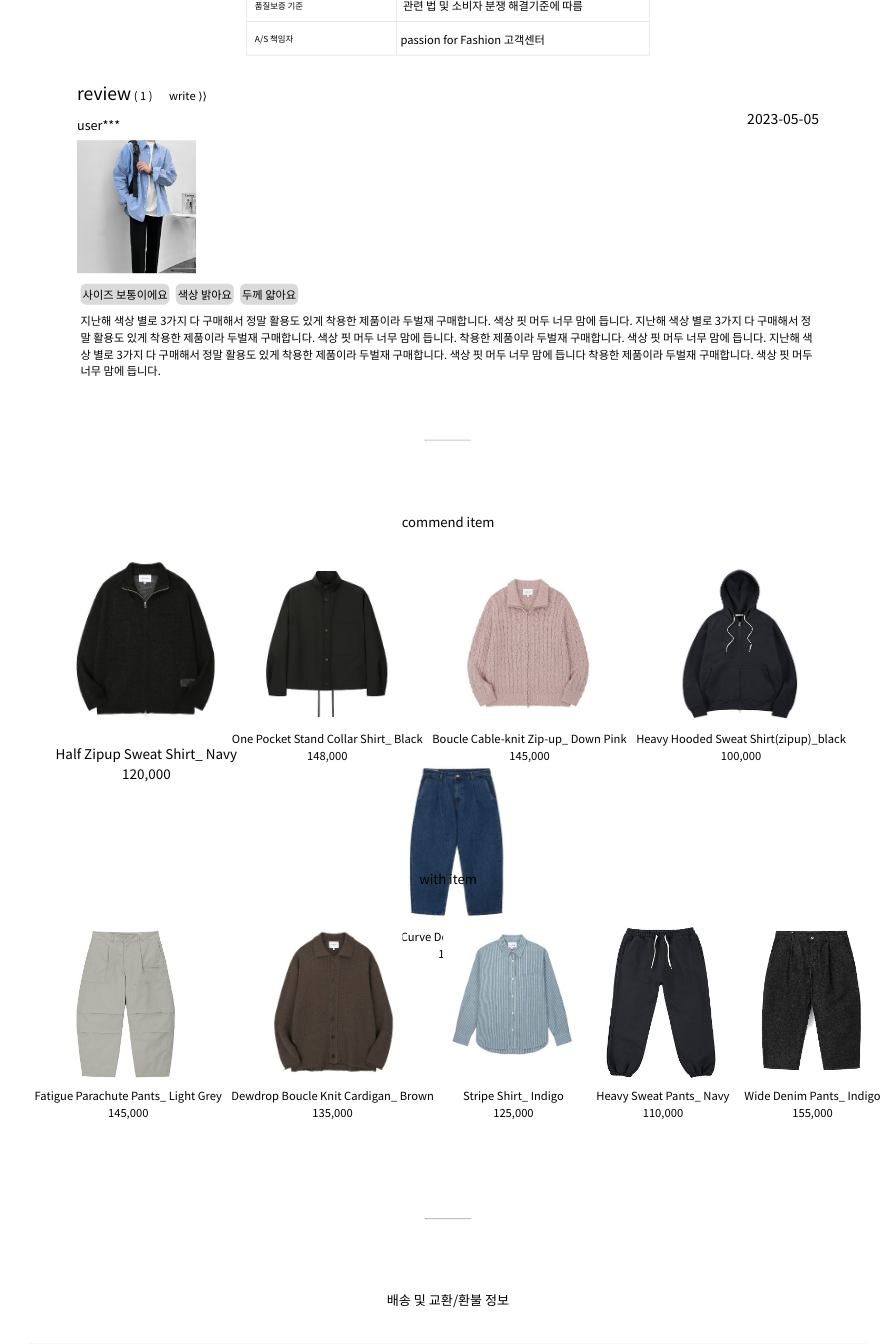
Repository: mcw9503/PassionForFashion
Page: Semi_Project/src/main/webapp/WEB-INF/Product_Information.html
The author's editor kept a copy of each file at every save. The page is drawn from the files as they stood at one save, then again after the next save.
The browser window is 1280 px wide. The pictures show the part of the page from y = 3585 to 5505 px (the page is 6344 px tall), at 70% of full size.
The pointer rests on the first visible `.product ul li`.

Above is the page before, as saved 2023-05-08 14:37:35.

### Semi_Project/src/main/webapp/WEB-INF/Product_Information.html
<!DOCTYPE html>
<html>
<head>
<meta charset="utf-8">
<title>passion for Fashion</title>
<link href="https://fonts.googleapis.com/earlyaccess/notosanskr.css"
	rel="stylesheet">
</head>

<style>
* {
	outline: none;
	margin: 0;
	font-family: 'Noto Sans KR', sans-serif;
}

ul{
	text-align: center;
}

 li{
 	display: inline-block;
 	list-style: none;
 	margin:auto;
 	margin-right: 10px;
 }

 li img{
  	width: 200px;
  	height: 230px;

 }

 li p {
 	font-weight: 200;
 }

 a 	{
 color: black;
 text-decoration: none;
 }

#order-wrap {
	width: 1200px;
	background: white;
	height: 610px;
	display: flex;
	flex-flow: nowrap;
	justify-content: space-around;
	margin: auto;
}

.top {
	margin-bottom: 10px;
}

.productNo {
	display: inline-block;
	margin-right: 50px;
	font-size: 20px;
}

#brandName {
	display: inline-block;
	margin-right: 50px;
	font-size: 20px;
	font-weight: 200;
}

.brandNameBox {
	line-height: 50px;
	height: 50px;
}

#movebtn {
	font-size: 25px;
	font-weight: 200;
}

#discount {
	display: inline-block;
	border-radius: 10px;
	font-size: 30px;
	width: 60px;
	height: 30px;
	text-align: center;
	color: black;
}

#discount span {
	font-size: 15px;
}

#productResult {
	position: relative;
	background: white;
	padding: 10px;
	margin-top: 10px;
	height: 120px;
	padding-bottom: 5px;
	display: none;
	border: 1px solid #dfdfdf;
}

.right {
	width: 40%;
}

.left {
	width: 50%;
}

.left img {
	width: 90%;
	height: 100%;
}

h2 {
	margin-right: 30px;
}

#originPrice {
	margin-right: 40px;
	font-size: 25px;
	text-decoration: line-through;
}

#discountPrice {
	font-size: 35px;
}

b {
	font-size: 20px;
}

.btnbox>button:nth-child(-n+3) {
	display: inline-block;
	width: 30px;
	height: 100%;
	font-size: 18px;
	background: white;
	border-style: none;
	font-weight: 200;
	margin: 0px;
	border: 1px solid #dfdfdf;
	padding: 0px;
	box-shadow: 2px 2px 2px #666;
}

.btnbox>button:nth-child(-n+3):active {
	box-shadow: 2px 2px 2px white;
}

.btnbox>button:nth-child(-n+3):hover {
	border-color: 2px sold #dfdfdf;
	color: black;
}

.btnbox {
	position: relative;
	height: 30px;
	margin-top: 15px;
	margin-bottom: 5px;
}

#buybtn {
	width: 100%;
	height: 40px;
	margin-top: 10px;
	border-radius: 5px;
	background-color: black;
	color: white;
	font-weight: 200;
}

#cartbtn {
	width: 100%;
	height: 38px;
	margin-top: 10px;
	border-radius: 5px;
	background-color: white;
	border: 1px solid #dfdfdf;
	color: black;
	font-weight: 200;
}

.productCount {
	display: inline-block;
}

select {
	width: 150px;
	text-align: center;
	height: 40px;
	width: 100%;
	border: 1px solid #dfdfdf;
	color: rgb;
}

h4 {
	font-weight: 200;
}

h3 {
	font-weight: 200;
}


.productNO {
	margin: 0px;
}

p b {
	font-weight: 200;
}

.movebtn {
	float: right;
	font-weight: 200;
	font-size: 20px;
}

.reviewbox {
	width: 1100px;
	margin: auto;
	height: 50px;
	background-color: white;
	height: 50px;
	margin-top: 30px;
}

.reviewbox>h3:hover {
	color: black;
}

.reviewbox>h3 {
	text-align: center;
	background-color: white;
	width: 270px;
	display: inline-block;
	margin: 0px;
	height: 100%;
	line-height: 50px;
	border: 1px solid #dfdfdf;
	color: black;
}

.reviewbox>h3:after {
	display: block;
	content: '';
	border-bottom: solid 3px dimgray;
	transform: scaleX(0);
	transition: transform 250ms ease-in-out;
}

.reviewbox>h3:hover:after {
	transform: scaleX(1);
}

.Infobox {
	text-align: center;
	width: 1200px;
	margin: auto;;
}

.imgbox>img {
	width: 800px;;
	height: 950px;
	margin: auto;
	margin-top: 20px;
	margin-bottom: 20px;
	display: block;
}

.imgbox>img:nth-child(2) {
	width: 600px;
	height: 550px;
	margin: auto;
	margin-top: 20px;
	margin-bottom: 20px;
	display: block;
}

.imgbox {
	margin: auto;
	width: 1200px;
	text-align: center;
}

.textReview h2 {
	float: left;
}

.reviewNum {
	display: inline-block;
}

.productInfo {
	margin: auto;
	padding: 10px;
	width: 80%;
}

.productInfo:first-child {
	width: 60%;
	border: 1px solid #dfdfdf;
	border-top: 3px solid black;
	border-collapse: collapse;
}

.productInfo:first-child td {
	border: 1px solid #dfdfdf;
	height: 45px;
	font-weight: 200;
}

.productInfo tr td b {
	float: left;
	font-size: 12px;
	font-weight: 200;
	margin-left: 10px;
}

.productInfo tr td+td {
	margin-left: 10px;
	text-align: left;
}

.removeProudct {
	font-weight: bold;
	font-size: 20px;
	right: 10px;
	width: 30px;
	height: 30px;
	background: none;
	border-style: none;
	display: inline-block;
}

input[type="number"]::-webkit-outer-spin-button, input[type="number"]::-webkit-inner-spin-button
	{
	-webkit-appearance: none;
	margin: 0;
}

.buyCount {
	padding: 0px;
	margin: 0px;
	border: 1px solid #dfdfdf;
}

.buyCount:focus {
	outline: none;
}

.buyCount:hover {
	border: 1px solid #dfdfdf;
}

.size:focus {
	outline: none;
}

.reviewWrap {
	height: 450px;
	margin: auto;
}

.textbox {
	width: 100%;
}

.reviewComment {
	display: inline-block;
	background: rgb(218, 218, 218);
	border-radius: 8px;
	padding: 3px;
	color: black;
	margin-left: 5px;
}

.writeReview:hover span {
	transform: translateX(1ch);
	transition: 0.45s;
}

.product ul li:hover {
	transform: scale(1.2);
	transition: 0.45s;
}


</style>
<body>

	<main id="order-wrap">
		<!-- 구매창 컨테이너 -->
		<div class="left">
			<!-- 구매창 왼쪽 사진 넣는 곳 -->
			<img src="img/shirts.jpg">
		</div>
		<div class="right">
			<!-- 상품 정보 -->
			<div class="top">
				<div class="brandNameBox">
					<h3 id="brandName">passion for Fashion</h3>
					<span class="movebtn">&rang;&rang;</span> <br> <br>
					<!-- 브랜드명 옆 > 모양 -->
				</div>
				<div style="font-size: 20px; font-weight: 200;">상품명 :</div>
				<h2 class="productName" style="font-weight: 200; margin-bottom: 15px; font-size: 30px;"> oxpord shirts(blue)</h2>
				<hr style="color: #dfdfdf;">
				<div class="productNO">
					<span class="productNo" style="margin-top: 10px; font-size: 20px; font-weight: 200;">NO.11475413</span>
				</div>

				<h2 id="discount" style="font-size: 25px; font-weight: 200;">
					10 <span>%</span>
					<!-- 할인율 -->
				</h2>
				<div id="originPrice"
					style="font-size: 25px; display: inline-block; font-weight: 200; margin-right: 220px;">10,000</div>
				<span id="discountPrice" style="font-size: 35px; float: rightl; font-weight: 200;">9,000</span>
				<!-- 상품가격 -->
			</div>
			<div>
				배송정보
				<p>
					택배배송 <b>| 3,000</b>
				</p>
				<h3>사이즈</h3>
				<form action="" method="get">
					<select class='size' name='size' required>
						<!-- 사이즈 선택 창 -->
						<option value='' style="font-size: 15px;">[필수] 옵션을 선택해주세요</option>
						<option value='S'>S</option>
						<option value='M'>M</option>
						<option value='L'>L</option>
						<option value='XL'>XL</option>
					</select>


					<div id="productResult">
						<!-- 사이즈 선택시 내려오는 창 -->
						<h4 class="productName" style="font-size: 15px;">
							상품명 : 옥스포드 셔츠 <span></span>
						</h4>
						<input type="hidden" name="productName" value="상품명">
						<div class="btnbox">
							<button id="decrease" type="button">-</button>
							<input type="number" class="buyCount"
								style="height: 29px; width: 29px; text-align: center;" value="1"
								name="buyCount" max="90" min="1" readonly>

							<button id="increase" type="button">+</button>

						</div>
						<button class="removeProudct" type="button" style="float: right;">
							<img src="img/close.png" style="width: 10px;">
						</button>
						<div style="display: inline-block; margin-top: 12px; font-weight: 200;">총 상품 가격</div>
						<strong class="productPrice" style="display: inline-block; margin-top: 12px; position: right; font-weight: 200;">
						</strong> <br>
					</div>
					<button id="buybtn">구매하기</button>
					<button id="cartbtn">장바구니</button>
				</form>
			</div>
		</div>
	</main>
	<div class="reviewbox">
		<!-- 상세정보 리뷰 연관 상품 반품 navbar -->
		<h3>
			<a href="javascript:window.scrollTo( 0, 2800 );">
				상세 정보
			</a>

		</h3>
		<h3>
			<a href="javascript:window.scrollTo( 0, 3500 );">
				리뷰
			</a>
		</h3>
		<h3>
			<a href="javascript:window.scrollTo( 0, 4250 );">
				연관 상품
			</a>
		</h3>
		<h3>
			<a href="javascript:window.scrollTo( 0, 5500 );">
			반품 및 교환
			</a>
		</h3>
	</div>
	<br>

	<div class="Infobox">
		<!-- 제품 사진 및 소개 칸 -->
		<div class="imgbox">
			<img src="img/shirts2.jpg"> <img src="img/shirts3.jpg"> <img
				src="img/shirts4.jpg">
		</div>
		<br>
		<div class="productInfo">
			<!-- 제품소재 를 담은 박스 -->
			<table class="productInfo">
				<!-- 제품소재 및 정보 테이블 -->
				<tr>
					<td><b>제품 소재</b></td>
					<td>&nbsp;&nbsp;Rayon 70% Nylon 30%</td>
				</tr>

				<tr>
					<td><b>색상</b></td>
					<td>&nbsp;&nbsp;제품명 참조</td>
				</tr>

				<tr>
					<td><b>제조사</b></td>
					<td>&nbsp;&nbsp;passion for Fashion</td>
				</tr>

				<tr>
					<td><b>제조국</b></td>
					<td>&nbsp;&nbsp;korea</td>
				</tr>

				<tr>
					<td><b>세탁 방법 및 취급 시 주의사항</b></td>
					<td>&nbsp;&nbsp;라벨 및 고객센터 참조</td>
				</tr>

				<tr>
					<td><b>제조년원</b></td>
					<td>&nbsp;&nbsp;2023/04</td>
				</tr>

				<tr>
					<td><b>품질보증 기준</b></td>
					<td>&nbsp;&nbsp;관련 법 및 소비자 분쟁 해결기준에 따름</td>
				</tr>

				<tr>
					<td><b>A/S 책임자</b></td>
					<td>&nbsp;passion for Fashion 고객센터</td>
				</tr>
			</table>
			<br>
		</div>
	</div>
<!-- 	<hr style="color: #dfdfdf; width: 90%; margin: auto;"> -->

	<h3 style="display: inline-block; font-size: 25px; font-weight: 200; margin-left: 110px;">review</h3>
		( <span>1</span> )
		<span class="writeReview" style="margin-left: 20px; font-weight: 200;" onclick="">write <span style="display: inline-block;">&rang;&rang;</span></span>
	<div class="reviewWrap"
		style="margin-left: 110px; margin-right: 110px; margin-top: 5px;">

<!-- 		<div style="font-weight: 200;"> -->
<!-- 			구매만족도<span class="reviewGrade" style="font-weight: 200;">5.0</span> -->
<!-- 		</div> -->
<!-- 		<div style="font-size: 20px; font-weight: 200;">★★★★☆</div> -->
		<div class="textbox">
			<div>
				<div class="nickName"
					style="font-size: 18px; margin-top: 10px; margin-bottom: 10px; display: inline-block; font-weight: 200;">user***</div>
				<span style="float: right; font-size: 20px; font-weight: 200;">2023-05-05</span>
			</div>
			<img src="img/review.jpg" alt=""
				style="width: 170px; height: 190px; display: inline-block; float: left; margin-bottom: 15px" />

			<div style="display: inline-block; width: 100%; margin-bottom: 30px;">
				<span class="reviewComment" style="font-weight: 400;">사이즈 보통이에요</span>
				<span class="reviewComment" style="font-weight: 400;">색상 밝아요</span>
				<span class="reviewComment" style="font-weight: 400;">두께 얇아요</span>

				<p style="margin-left: 5px; margin-top: 10px; font-weight: 200;">지난해 색상 별로 3가지 다
					구매해서 정말 활용도 있게 착용한 제품이라 두벌재 구매합니다. 색상 핏 머두 너무 맘에 듭니다. 지난해 색상 별로 3가지
					다 구매해서 정말 활용도 있게 착용한 제품이라 두벌재 구매합니다. 색상 핏 머두 너무 맘에 듭니다. 착용한 제품이라
					두벌재 구매합니다. 색상 핏 머두 너무 맘에 듭니다. 지난해 색상 별로 3가지 다 구매해서 정말 활용도 있게 착용한
					제품이라 두벌재 구매합니다. 색상 핏 머두 너무 맘에 듭니다 착용한 제품이라 두벌재 구매합니다. 색상 핏 머두 너무 맘에
					듭니다.</p>
			</div>
		</div>
	</div>
	<br>
		<hr style="color: #dfdfdf; width: 5%; margin: auto; margin-bottom: 50px;">

		<div class="commProduct product" style="width:100%; height:500px;margin-top: 100px; text-align: center;">
				<h3 style="margin-bottom: 50px; display:inline-block; font-weight: 200;">commend item</h3>
				<ul>
					<li>
						<a href="http://www.naver.com">
							<img alt="" src="img/cloths1.jpg">
							<p>Half Zipup Sweat Shirt_ Navy</p>
							<p>120,000</p>
						</a>
					</li>

					<li>
						<a href="http://www.naver.com">
							<img alt="" src="img/cloths2.jpg">
							<p>One Pocket Stand Collar Shirt_ Black</p>
							<p>148,000</p>
						</a>
					</li>

					<li>
						<a href="http://www.naver.com">
							<img alt="" src="img/cloths3.jpg">
							<p>Boucle Cable-knit Zip-up_ Down Pink</p>
							<p>145,000</p>
						</a>
					</li>

					<li>
						<a href="http://www.naver.com">
							<img alt="" src="img/cloths4.jpg">
							<p>Heavy Hooded Sweat Shirt(zipup)_black</p>
							<p>100,000</p>
						</a>
					</li>

					<li>
						<a href="http://www.naver.com">
							<img alt="" src="img/cloths5.jpg">
							<p>One Tuck Curve Denim Pants_ Indigo Blue</p>
							<p>150,000</p>
						</a>
					</li>
				</ul>

		</div>

		<div class="recommProduct product" style="width:100%; height:500px; margin-top: 15px; margin: auto; text-align: center;">
				<h3 style="margin-bottom: 50px; margin-top: 10px; font-weight: 200;">with item</h3>
				<ul>
					<li>
						<a href="http://www.naver.com">
							<img alt="" src="img/cloths6.jpg">
							<p>Fatigue Parachute Pants_ Light Grey</p>
							<p>145,000</p>
						</a>
					</li>

					<li>
						<a href="http://www.naver.com">
							<img alt="" src="img/shirts7.jpg">
							<p>Dewdrop Boucle Knit Cardigan_ Brown</p>
							<p>135,000</p>
						</a>
					</li>

					<li>
						<a href="http://www.naver.com">
							<img alt="" src="img/shirts5.jpg">
							<p>Stripe Shirt_ Indigo</p>
							<p>125,000</p>
						</a>
					</li>

					<li>
						<a href="http://www.naver.com">
							<img alt="" src="img/pants2.jpg">
							<p>Heavy Sweat Pants_ Navy</p>
							<p>110,000</p>
						</a>
					</li>

					<li>
						<a href="http://www.naver.com">
							<img alt="" src="img/pants1.jpg">
							<p>Wide Denim Pants_ Indigo</p>
							<p>155,000</p>
						</a>
					</li>
				</ul>

		</div>

		<hr style="color: #dfdfdf; width: 5%; margin: auto; margin-bottom: 100px;">

		<div class="refundWrap" style="text-align: center;">
		<h3>배송 및 교환/환불 정보</h3>
		<br>
		<br>
			<img alt="" src="img/refund.jpg">
		</div>


	<script>

	const productName = document.getElementsByClassName("productName")[1]; // 드롭박스에 적힐 상품명

	const size = document.getElementsByClassName("size"); //사이즈 선택 창

	let buyCount = document.getElementsByClassName("buyCount")[0]; // 상품 수량
	const decrease = document.getElementById("decrease"); // 상품 수량 감소 버튼
	const increase = document.getElementById("increase"); // 상품 수량 증가 버튼
	let productPrice = document.getElementsByClassName("productPrice")[0];
	const buyBtn = document.getElementById("buyBtn");


	size[0].addEventListener("change", function(){	// select사이즈 의 value값이 바뀌면 실행

		for(const sizeSelect of size){
			if(sizeSelect.value != ''){
					document.getElementById("productResult").style.display='block'; //사이즈 가 선택으로 되어있을시 display block;
					productPrice.innerText=9000+3000;
					size[0].addEventListener("change", function(){	//사이즈를 선택 시 다시 다른 사이즈로 변경시 수량 1로 초기화
						buyCount.value = 1;

				})

				document.getElementsByClassName("removeProudct")[0].addEventListener("click", function(){ //x 버튼을 클릭시 수량구매창이 닫힌다.
					document.getElementById("productResult").style.display='none';
					sizeSelect.value = ''; // 사이즈를 선택으로 바뀐다.
				})


				} else if(sizeSelect.value == ''){
					document.getElementById("productResult").style.display='none';

				}
					productName.childNodes[1].innerText = sizeSelect.value;

			}
		})


	increase.addEventListener("click", function(){
		buyCount.value++;
		productPrice.innerText = buyCount.value*9000+3000;

	})

	decrease.addEventListener("click", function(){
		buyCount.value--;

		productPrice.innerText = buyCount.value*9000+3000;

		if(buyCount.value < 1){
			buyCount.value = 1
		productPrice.innerText = buyCount.value*9000+3000;

		}
	})



</script>




</body>
</html>

After the next save:
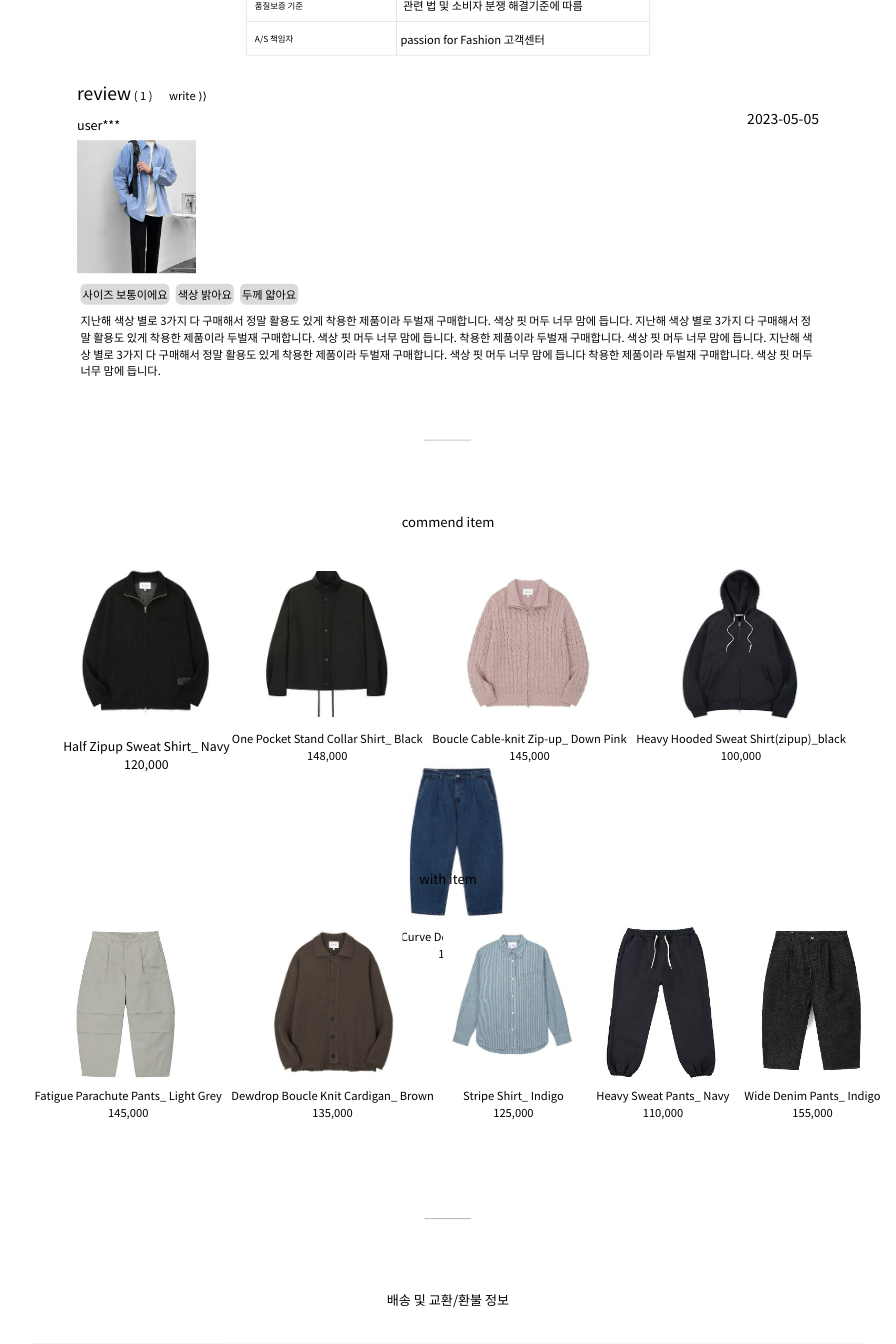
Saved 15 s later.
--- a/Semi_Project/src/main/webapp/WEB-INF/Product_Information.html
+++ b/Semi_Project/src/main/webapp/WEB-INF/Product_Information.html
@@ -385,7 +385,7 @@ input[type="number"]::-webkit-outer-spin-button, input[type="number"]::-webkit-i
 }
 
 .product ul li:hover {
-	transform: scale(1.2);
+	transform: scale(1.1);
 	transition: 0.45s;
 }
 
